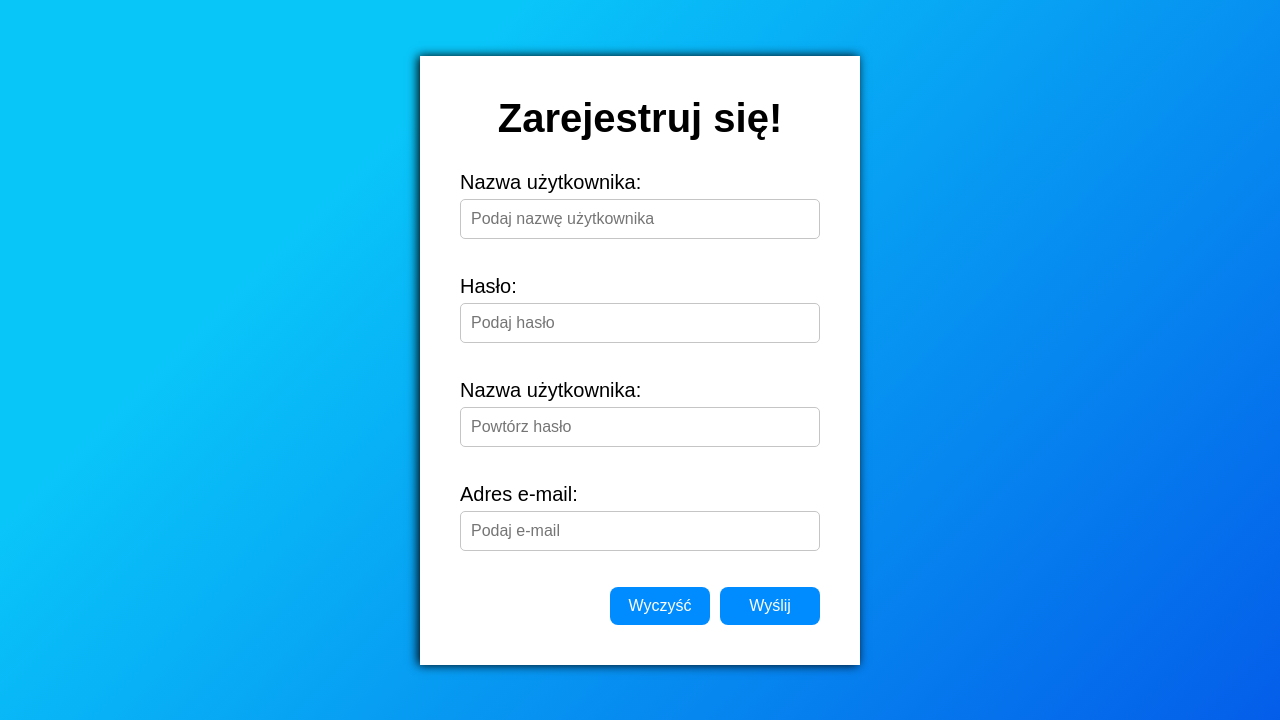
Repository: KrzysKolo/Projekt-3_Formularz-rejestracyjny
Page: index.html
These files come from the project's save history. The page is drawn as it stood at one moment and after the next save; the edit follows.
The browser window is 1280 px wide. The pictures show the whole page.
Some web fonts or font styles are not loaded; a fallback is used.

Above is the page before, as saved 2020-07-04 03:46:04.

After the next save:
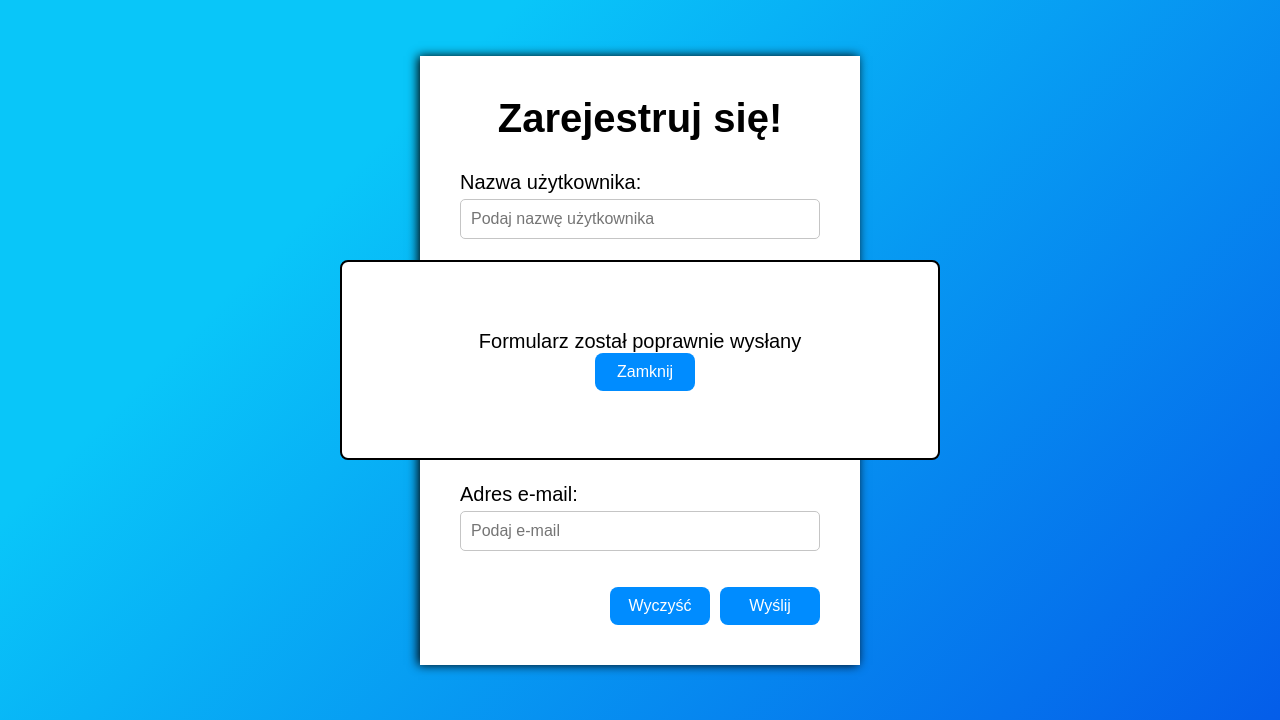
Saved 10 s later.
--- a/css/style.css
+++ b/css/style.css
@@ -83,7 +83,7 @@ h1 {
   align-items: center;
   flex-direction: column;
   position: absolute;
-  top: -150%;
+  top: 50%;
   left: 50%;
   transform: translate(-50%, -50%);
   width: 600px;
